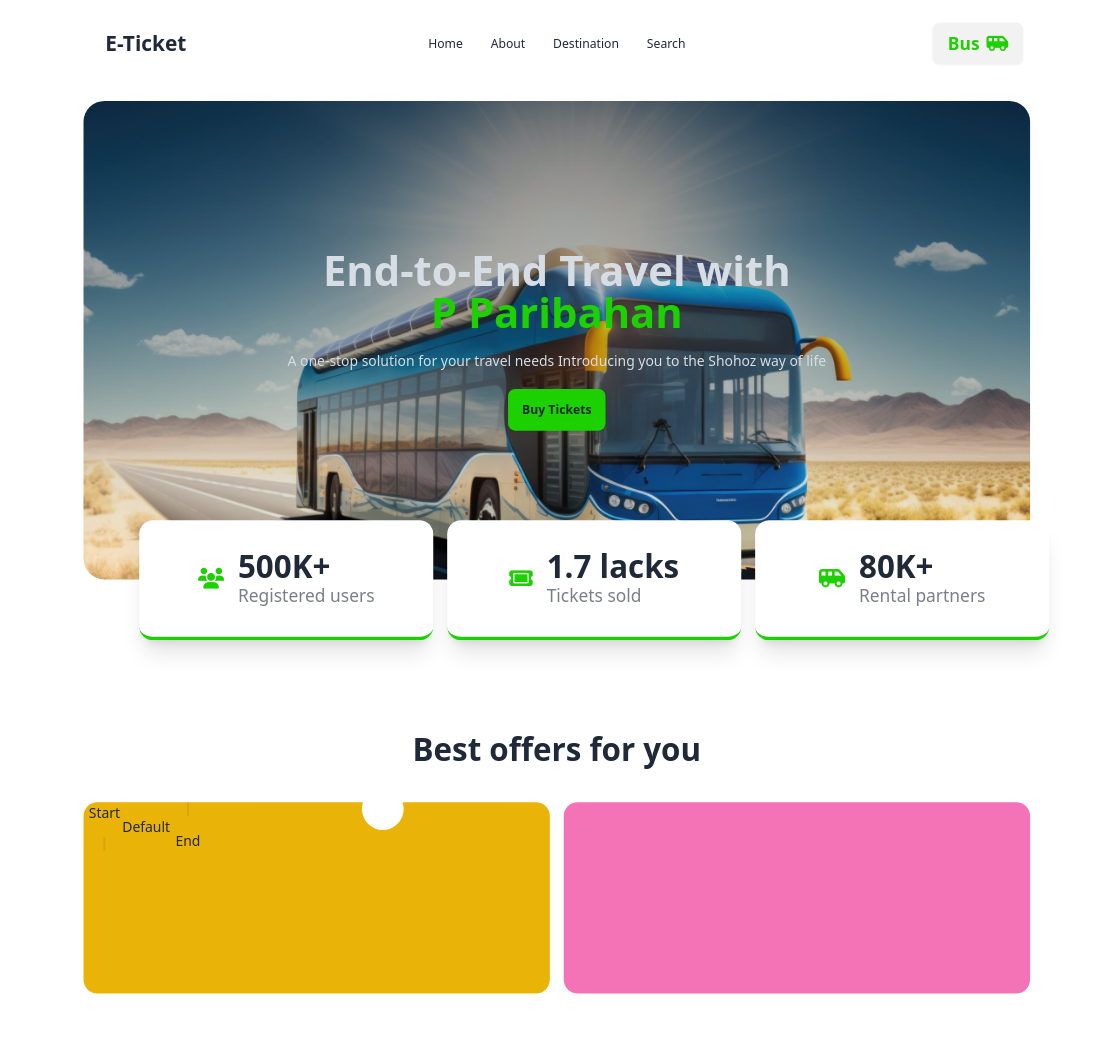
Repository: RudrasahaDibos/Smart-ticketing
Page: index.html
These files come from the project's save history. The page is drawn as it stood at one moment and after the next save; the edit follows.
The browser window is 1280 px wide. The pictures show the whole page, at 87% of full size.
Some web fonts or font styles are not loaded; a fallback is used. Some web libraries are served in a nearby version.

Above is the page before, as saved 2024-11-10 01:22:45.

### index.html
<!DOCTYPE html>
<html lang="en">
<head>
    <meta charset="UTF-8">
    <meta name="viewport" content="width=device-width, initial-scale=1.0">
    <title>Smart-ticketing</title>
    <!-- tailwind link -->
<link href="https://cdn.jsdelivr.net/npm/daisyui@4.12.14/dist/full.min.css" rel="stylesheet" type="text/css" />
<script src="https://cdn.tailwindcss.com"></script>
<!-- font awesome link -->
<link rel="stylesheet" href="https://cdnjs.cloudflare.com/ajax/libs/font-awesome/6.6.0/css/all.min.css" integrity="sha512-Kc323vGBEqzTmouAECnVceyQqyqdsSiqLQISBL29aUW4U/M7pSPA/gEUZQqv1cwx4OnYxTxve5UMg5GT6L4JJg==" crossorigin="anonymous" referrerpolicy="no-referrer" />

<!-- google fonts  -->
<link rel="preconnect" href="https://fonts.googleapis.com">
<link rel="preconnect" href="https://fonts.gstatic.com" crossorigin>
<link href="https://fonts.googleapis.com/css2?family=Anton+SC&family=Manrope:wght@200..800&family=Raleway:ital,wght@0,100..900;1,100..900&display=swap" rel="stylesheet">

<style>
.raleway{
  font-family: "Raleway", sans-serif;
}
</style>



</head>
<body>
    <!-- header ends here -->
    <header  class="container mx-auto lg:pl-24 lg:pr-24 lg:pt-4 w-[1400px]">
               <div>
                <!-- navbar starts here -->
                <div class="navbar bg-base-100">
                    <div class="navbar-start">
                      <div class="dropdown">
                        <div tabindex="0" role="button" class="btn btn-ghost lg:hidden">
                          <svg
                            xmlns="http://www.w3.org/2000/svg"
                            class="h-5 w-5"
                            fill="none"
                            viewBox="0 0 24 24"
                            stroke="currentColor">
                            <path
                              stroke-linecap="round"
                              stroke-linejoin="round"
                              stroke-width="2"
                              d="M4 6h16M4 12h8m-8 6h16" />
                          </svg>
                        </div>
                        <ul
                          tabindex="0"
                          class="menu menu-sm dropdown-content bg-base-100 rounded-box z-[1] mt-3 w-52 p-2 shadow">
                          <li><a>Home</a></li>
                          <li><a>About</a></li>
                          <li><a>Destination</a></li>
                          <li><a>Search</a></li>
                        </ul>
                      </div>
                      <a class="btn btn-ghost text-2xl font-extrabold">E-Ticket</a>
                    </div>
                    <div class="navbar-center hidden lg:flex">
                      <ul class="menu menu-horizontal px-1">
                        <li><a>Home</a></li>
                        <li><a>About</a></li>
                        <li><a>Destination</a></li>
                        <li><a>Search</a></li>
                      </ul>
                    </div>
                    <div class="navbar-end">
                      <a class="btn text-[#1DD100]  border-1  text-xl">Bus <i class="fa-solid fa-van-shuttle"></i></a>
                    </div>
                  </div>
               </div>

              <!-- banner start here -->

              <div
              class="hero h-[550px] mt-8 bg-[url('/images/banner.png')] rounded-3xl relative">

              <div class="hero-content text-neutral-content text-center">
                <div class="">
                  <h1 class="mb-5 text-5xl font-extrabold">End-to-End Travel with <br> <span class="text-5xl text-[#1DD100]  font-extrabold">P Paribahan</span></h1>
                  <p class="mb-5">
                    A one-stop solution for your travel needs

                    Introducing you to the Shohoz way of life
                  </p>
                  <button class="btn bg-[#1DD100] border-none">Buy Tickets</button>
                </div>
              </div>
            </div>



                 <!-- banner end here -->

                <!-- 3 card start here  -->

                        <div class=" flex justify-between items-center gap-4 pl-16 pr-16 absolute -bottom-4   ">
                            <div class="stat flex bg-white justify-center items-center shadow-xl  border-b-4 border-b-[#1DD100]  rounded-2xl w-[338px] h-[138px]">
                                <div class="text-[#1DD100] text-2xl font-extrabold ">
                                    <i class="fa-solid fa-users"></i>
                                  </div>

                             <div>
                                <div class="stat-value">500K+</div>
                                <div class="stat-desc text-xl ">Registered users</div>
                             </div>


                            </div>

                            <div class="stat flex bg-white justify-center items-center  border-b-4 border-b-[#1DD100] shadow-xl  rounded-2xl w-[338px] h-[138px]">
                                <div class="text-[#1DD100] text-2xl font-extrabold ">
                                    <i class="fa-solid fa-ticket  "></i>

                                  </div>

                             <div>
                                <div class="stat-value">1.7 lacks</div>
                                <div class="stat-desc text-xl ">Tickets sold</div>
                             </div>


                            </div>

                            <div class="stat flex bg-white justify-center items-center  border-b-4 border-b-[#1DD100] shadow-xl  rounded-2xl w-[338px] h-[138px]">
                                <div class="text-[#1DD100] text-2xl font-extrabold ">
                                    <i class="fa-solid fa-van-shuttle"></i>

                                  </div>

                             <div>
                                <div class="stat-value">80K+</div>
                                <div class="stat-desc text-xl ">Rental partners</div>
                             </div>


                            </div>
                          </div>




                  <!-- 3 card ends here -->

               <!-- navbar Ends here -->
    </header>
    <!-- header ends here -->


     <!-- main start here -->
    <main class="container mx-auto lg:pl-24 lg:pr-24 lg:pt-4 w-[1400px]" >
                  <!-- Best offers for you start here -->
                     <section class="mt-40">
                               <h1 class="text-4xl font-semibold text-center">Best offers for you</h1>

                                <div class="flex gap-4 mt-10">
                                    <div class="bg-yellow-500  w-[573px] h-[220px]  rounded-2xl">
                                               <p class="bg-white w-[48px] h-[48px] absolute mx-auto rounded-full ml-80 -mt-4  "></p>
                                               <div class="flex w-full">
                                                <div class="divider divider-horizontal divider-start">Start</div>
                                                <div class="divider divider-horizontal">Default</div>
                                                <div class="divider divider-horizontal divider-end">End</div>
                                              </div>
                                               <p class="bg-white w-[48px] h-[48px] absolute mx-auto rounded-full ml-80 mt-48  "></p>
                                    </div>
                                    <div class="bg-pink-400   w-[573px] h-[220px] rounded-2xl">

                                    </div>
                                </div>
                     </section>

                  <!-- Best offers for you ends here -->
    </main>
    <!-- main ends here -->



    <!-- js add -->
     <script src="index.js"></script>
</body>
</html>

Loaded but not shown: index.js (common file)

After the next save:
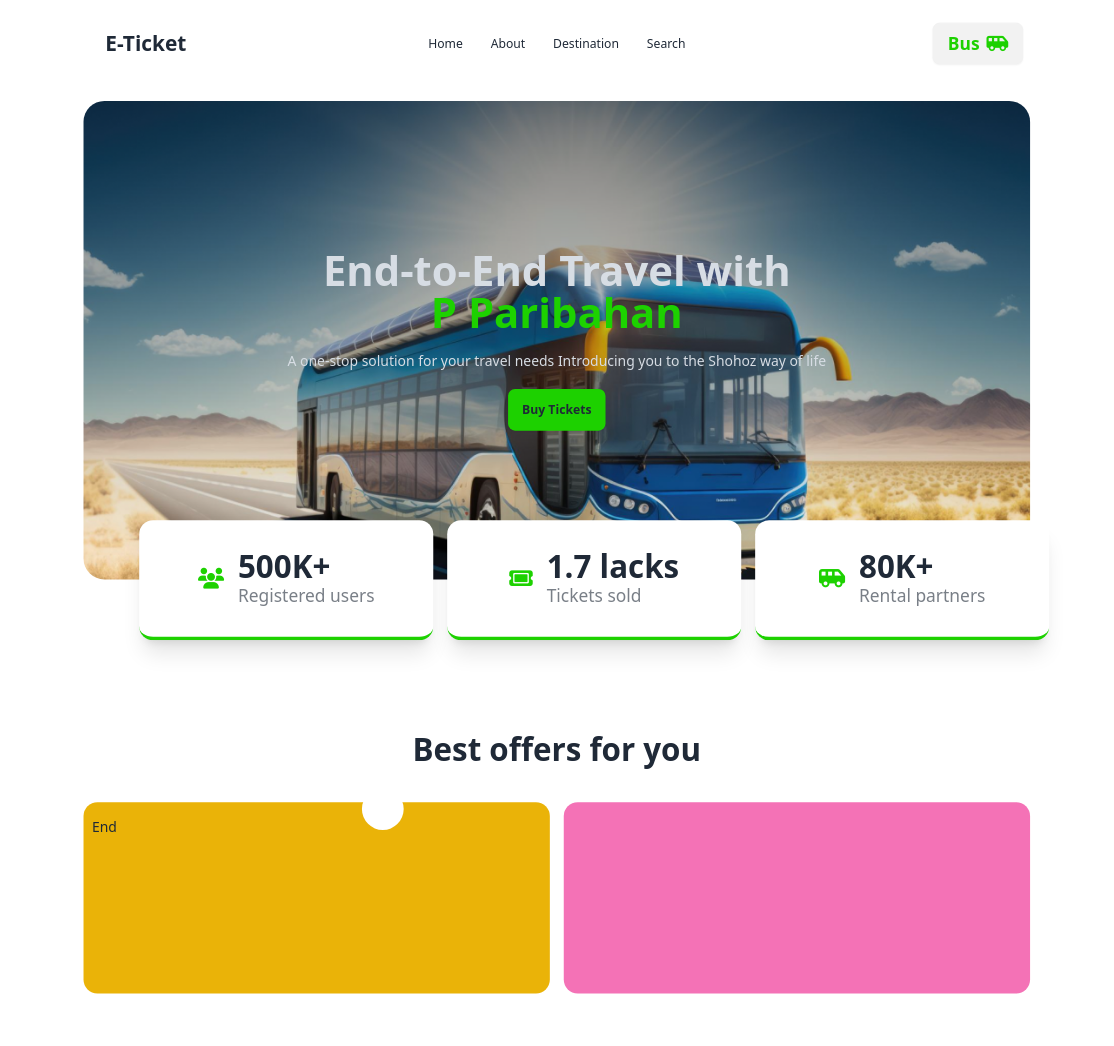
Saved 13 s later.
--- a/index.html
+++ b/index.html
@@ -158,8 +158,7 @@
                                     <div class="bg-yellow-500  w-[573px] h-[220px]  rounded-2xl">
                                                <p class="bg-white w-[48px] h-[48px] absolute mx-auto rounded-full ml-80 -mt-4  "></p>
                                                <div class="flex w-full">
-                                                <div class="divider divider-horizontal divider-start">Start</div>
-                                                <div class="divider divider-horizontal">Default</div>
+
                                                 <div class="divider divider-horizontal divider-end">End</div>
                                               </div>
                                                <p class="bg-white w-[48px] h-[48px] absolute mx-auto rounded-full ml-80 mt-48  "></p>
